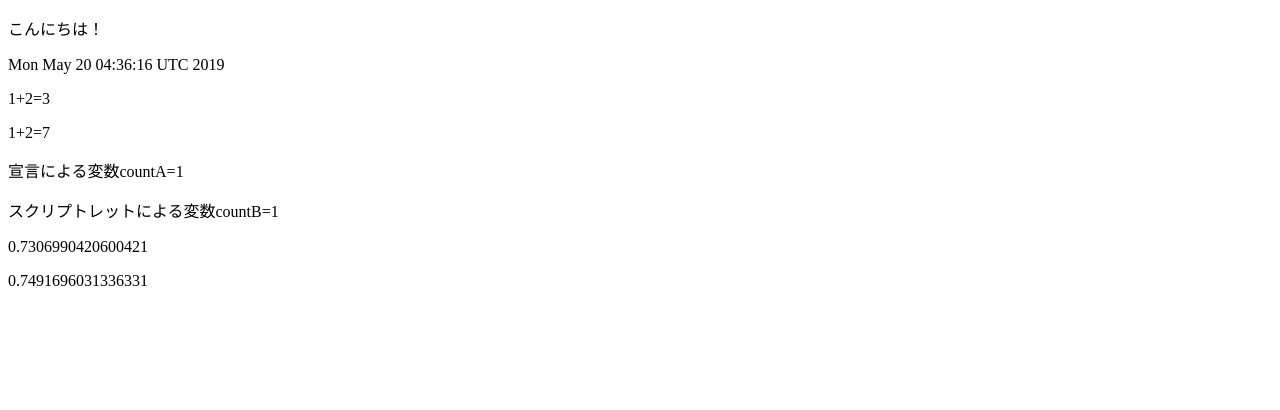
Repository: wenxing494/JSP-Servlet
Page: http://localhost/HelloJSP/
The author's editor kept a copy of each file at every save. The page is drawn from the files as they stood at one save, then again after the next save.
The browser window is 1280 px wide. The pictures show the whole page.
The page is served by Tomcat 9.

Above is the page before, as saved 2019-05-20 04:47:30.

### HelloJSP/WebContent/index.jsp
<%@ page language="java" contentType="text/html; charset=UTF-8"
    pageEncoding="UTF-8"%>
<!DOCTYPE html PUBLIC "-//W3C//DTD HTML 4.01 Transitional//EN" "http://www.w3.org/TR/html4/loose.dtd">
<html>
	<head>
<meta http-equiv="Content-Type" content="text/html; charset=UTF-8">
	<title>TEST</title>
	</head>
	<body>
		<p>こんにちは！</p>
		<% out.println(new java.util.Date()); %>
		<%!
	static int add(int a, int b){
	return a+b;
	}
	%>
		<p>1+2=<%=add(1,2) %></p>
		<p>1+2=<%=add(3,4) %></p>
		<%! static int countA=0; %>
  	<%
	int countB=0;
		countA++;
		countB++;
	%>
		<p>宣言による変数countA=<%=countA %></p>
		<p>スクリプトレットによる変数countB=<%=countB %></p>
		<p><% out.println(Math.random()); %></p>
		<p><%=Math.random() %></p>

	</body>
</html>

After the next save:
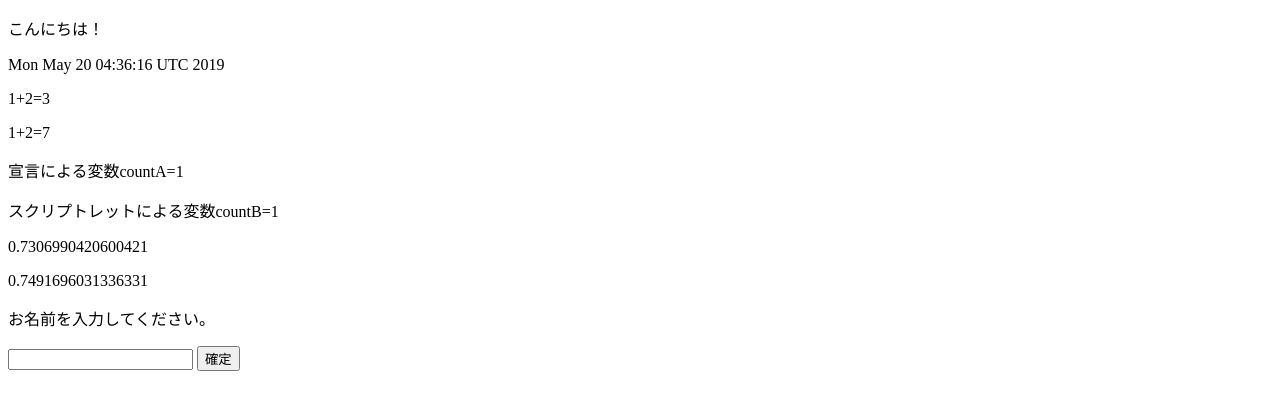
Saved 51 s later.
--- a/HelloJSP/WebContent/index.jsp
+++ b/HelloJSP/WebContent/index.jsp
@@ -26,6 +26,11 @@
 		<p>スクリプトレットによる変数countB=<%=countB %></p>
 		<p><% out.println(Math.random()); %></p>
 		<p><%=Math.random() %></p>
+		<p>お名前を入力してください。</p>
+		<form method="post" action="greeting-out.jsp">
+			<input type="text" name="user">
+			<input type="submit" value="確定">
+		</form>
 
 	</body>
 </html>
